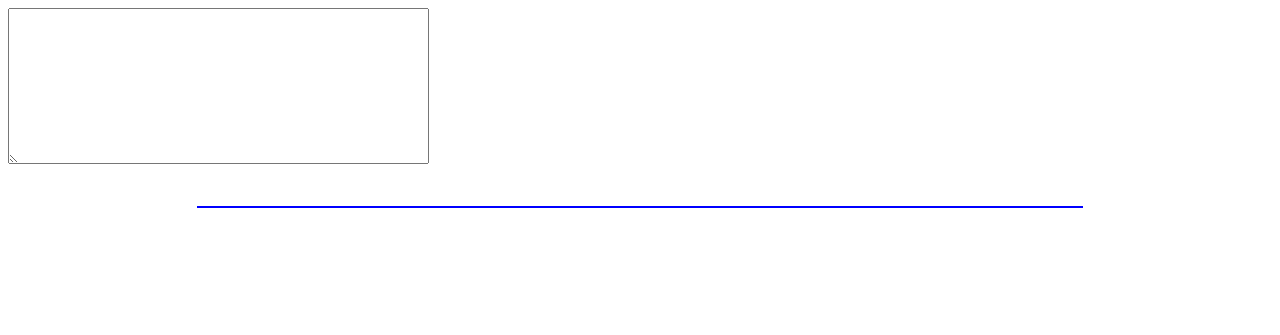
Repository: yul3220/WebProgrammingLecture
Page: webpro/WebContent/2021-01-11/텍스트.html
An editor plug-in stored every save of this project. The page is shown before and after the next save, followed by the edit.
The browser window is 1280 px wide. The pictures show the whole page.

Above is the page before, as saved 2021-01-11 00:41:44.

After the next save:
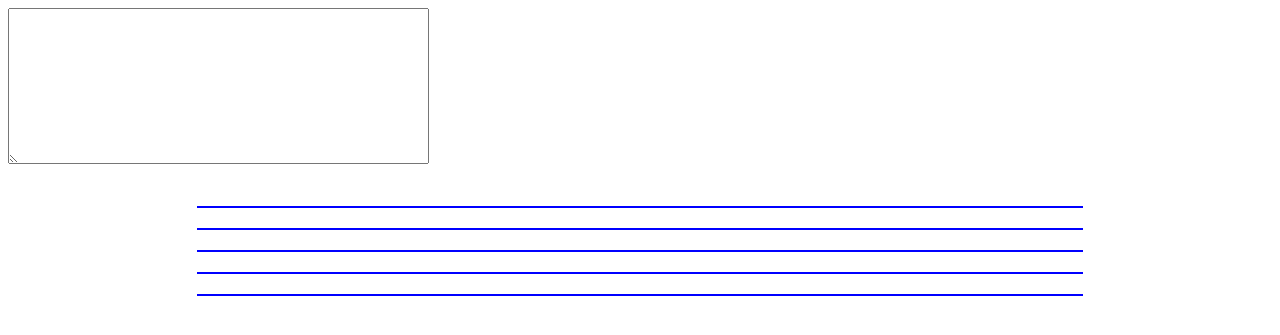
Saved 17 s later.
--- a/webpro/WebContent/2021-01-11/텍스트.html
+++ b/webpro/WebContent/2021-01-11/텍스트.html
@@ -19,7 +19,18 @@ div{
 <textarea rows="10" cols="50"></textarea>
 <br><br>
 <div>
+</div>
 
+<div>
+</div>
+
+<div>
+</div>
+
+<div>
+</div>
+
+<div>
 </div>
 </body>
 </html>
